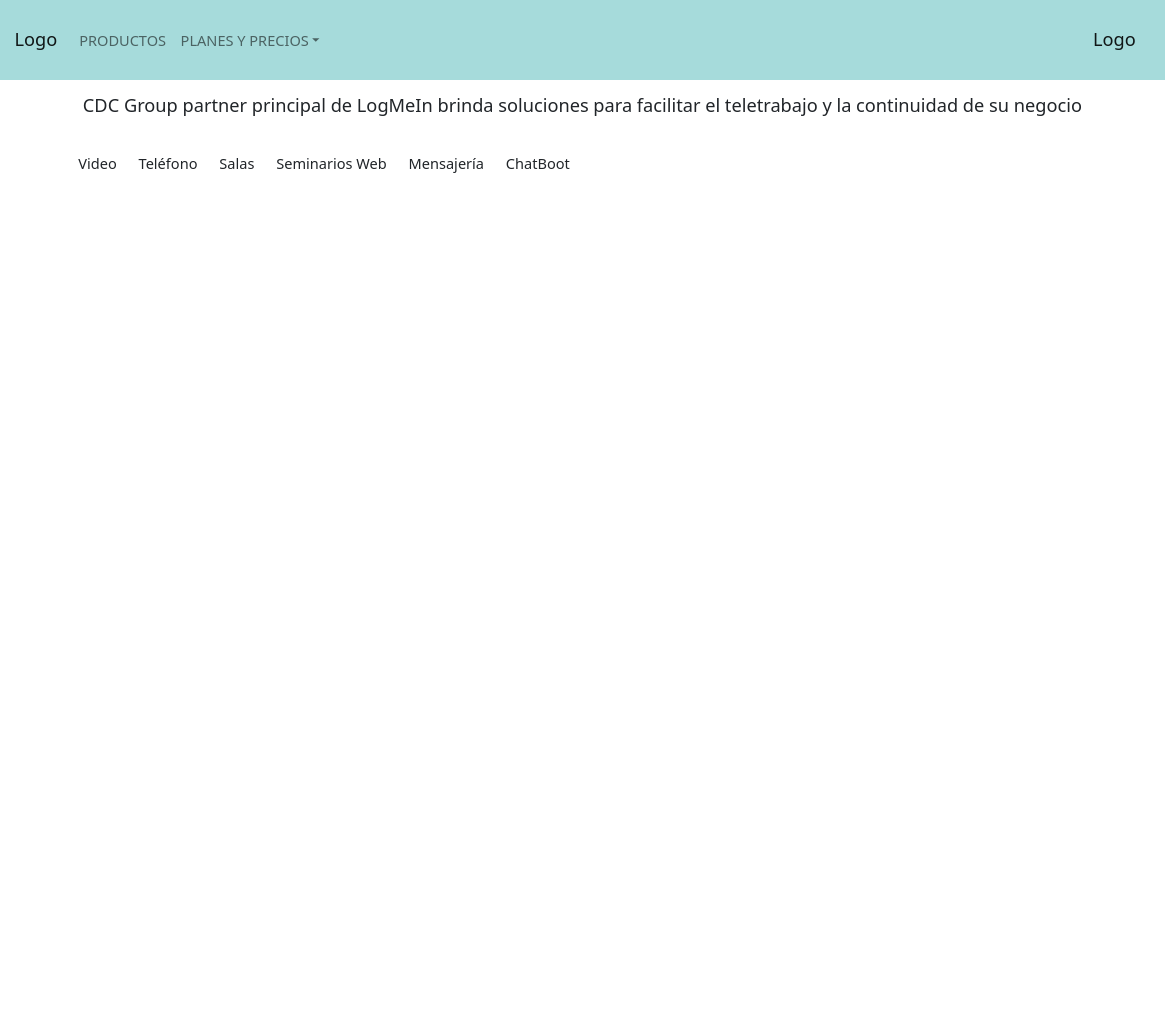
Repository: onehitwondermx/cdclogmein
Page: index.html
The author's editor kept a copy of each file at every save. The page is drawn from the files as they stood at one save, then again after the next save.
The browser window is 1280 px wide. The pictures show the whole page, at 91% of full size.

Above is the page before, as saved 2021-06-03 22:16:44.

After the next save:
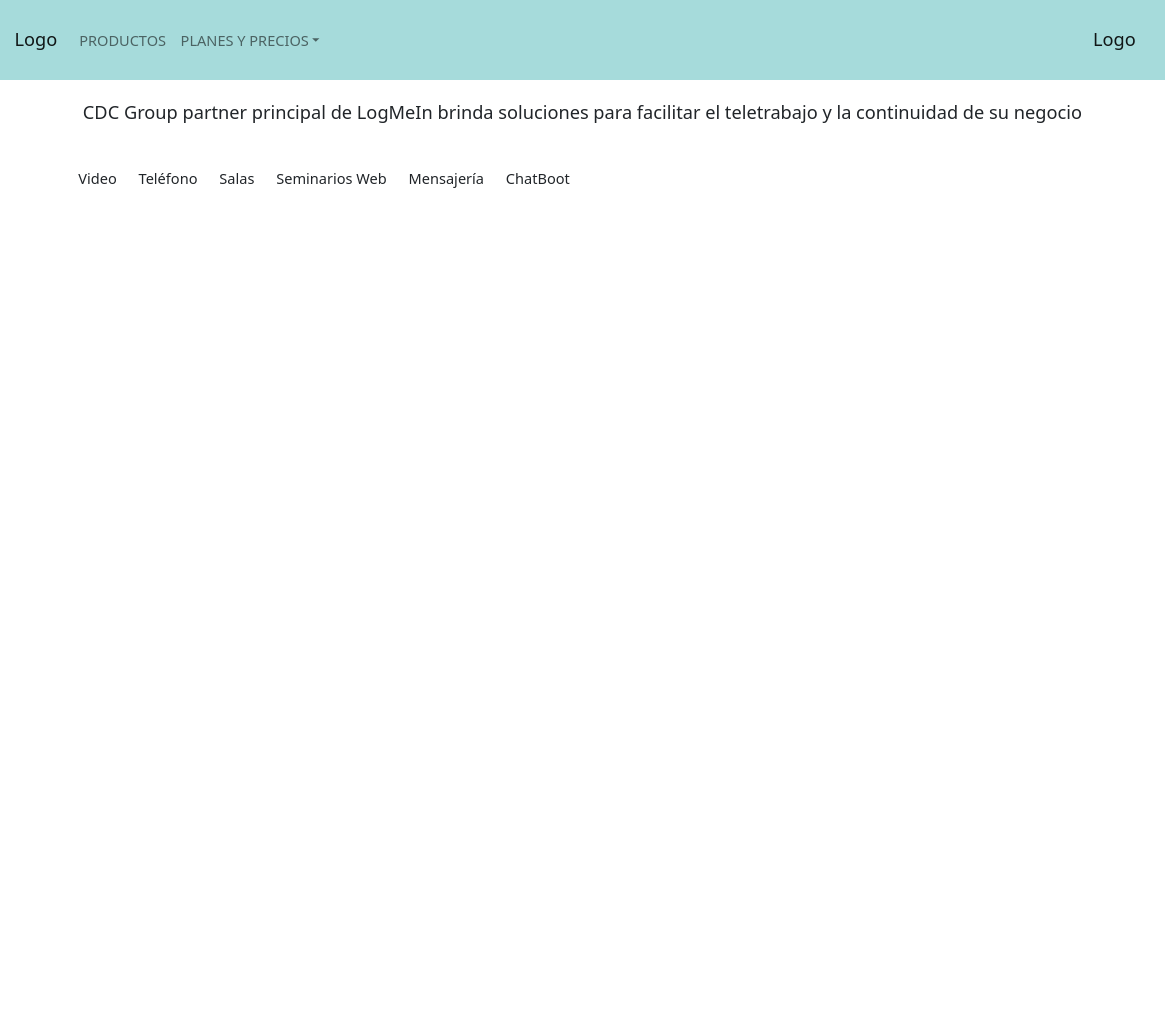
Saved 12 s later.
--- a/index.html
+++ b/index.html
@@ -36,7 +36,7 @@
     </div>
   </nav>
 
-  <div class="p-3 container-fluid">
+  <div class="p-4 container-fluid">
       <div class="row justify-content-md-center">
         <div class="col-md-auto">
           <h5 class="center-align">

After the save that followed:
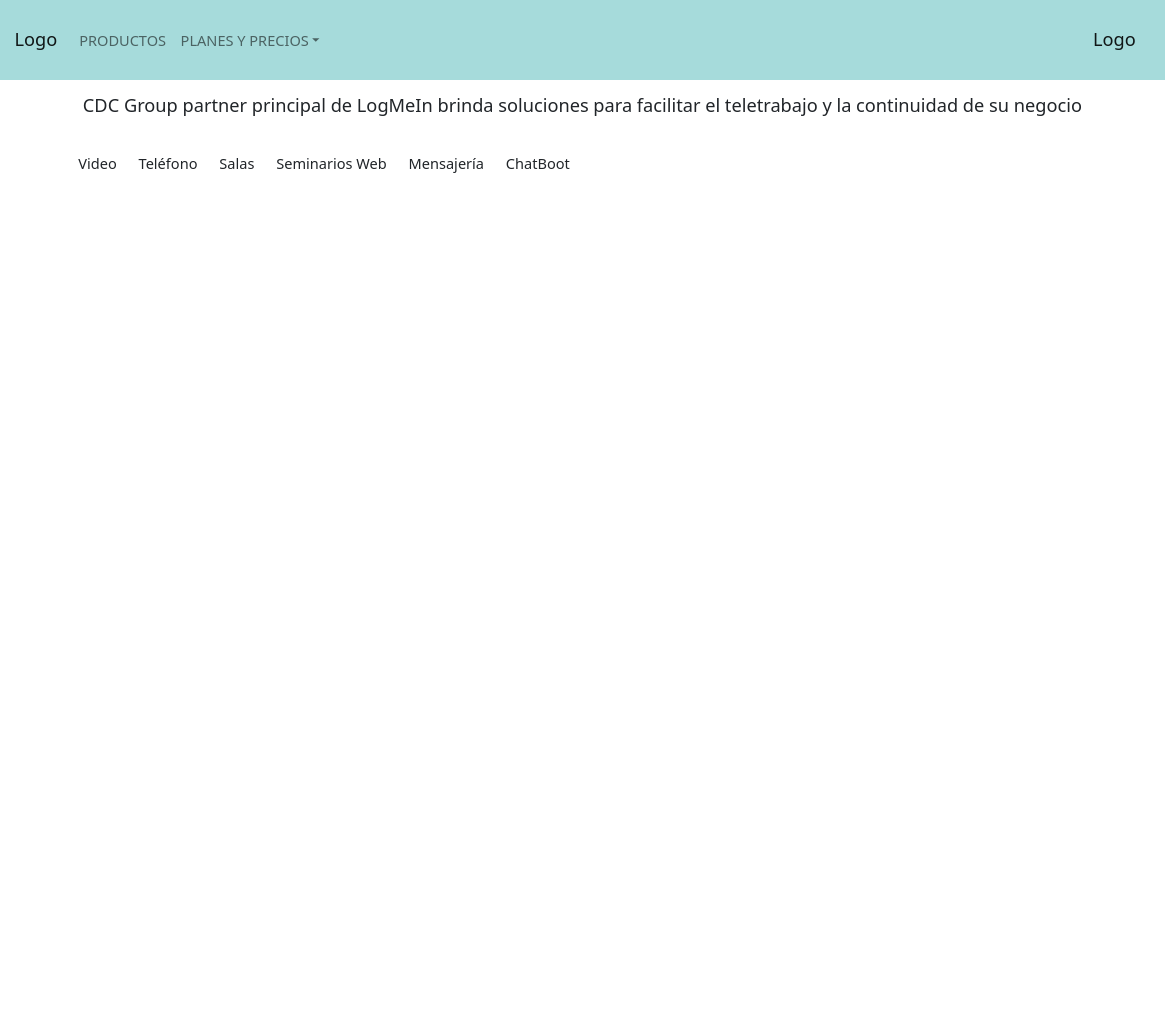
Saved 6 s later.
--- a/index.html
+++ b/index.html
@@ -36,7 +36,7 @@
     </div>
   </nav>
 
-  <div class="p-4 container-fluid">
+  <div class="p-3 container-fluid">
       <div class="row justify-content-md-center">
         <div class="col-md-auto">
           <h5 class="center-align">
